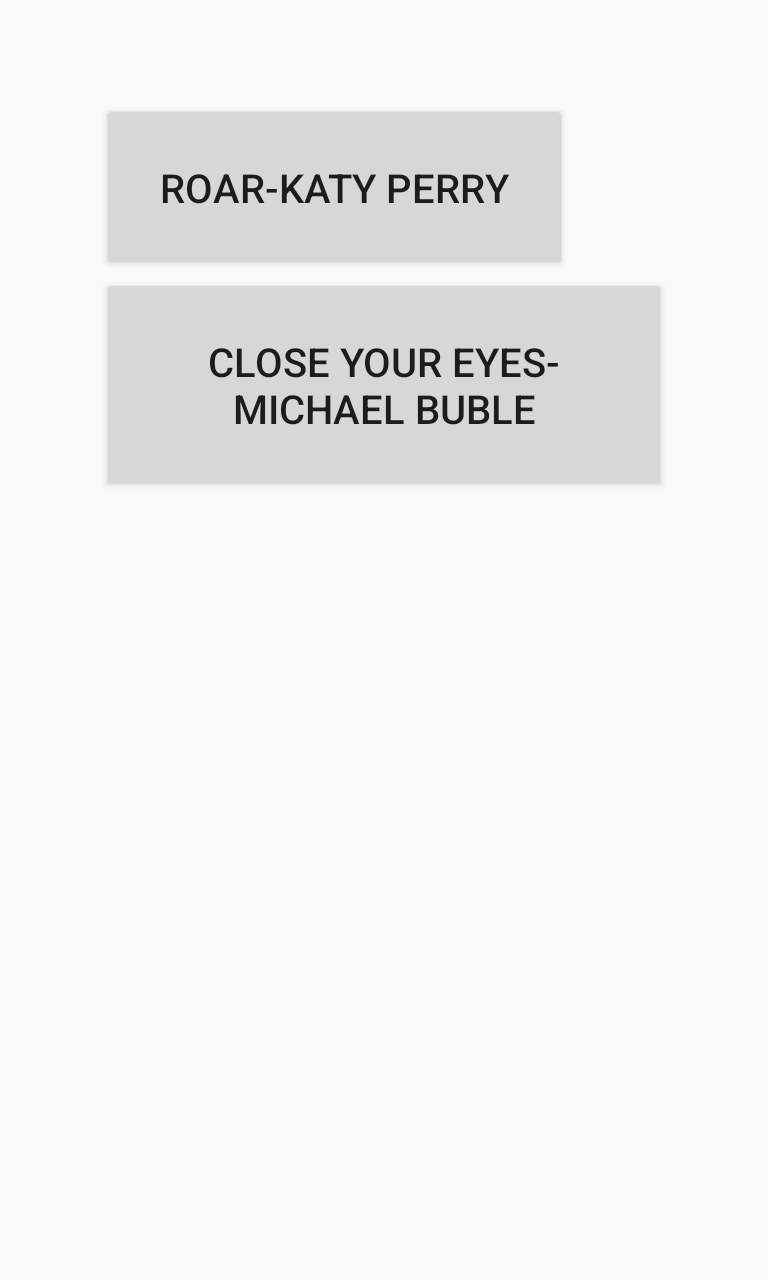
Repository: JoanneCaroll/AudioPlayer
Layout: AudioPlayer/res/layout/song_list.xml
The author's editor kept a copy of each file at every save. The layout is drawn from the files as they stood at one save, then again after the next save.
It is drawn on a 768 x 1280 px phone screen (xhdpi) without system bars, with theme AppTheme; the app's code is not run.

Above is the layout before, as saved 2014-10-29 03:26:27.

### AudioPlayer/res/layout/song_list.xml
<?xml version="1.0" encoding="utf-8"?>
<LinearLayout xmlns:android="http://schemas.android.com/apk/res/android"
    android:layout_width="match_parent"
    android:layout_height="match_parent"
    android:orientation="vertical"
    android:padding="50dp"
    android:layout_gravity="center">

    <Button
        android:id="@+id/song1"
        android:layout_width="wrap_content"
        android:layout_height="wrap_content"
        android:padding="30dp"
        android:text="@string/song1"
        android:textSize="20dp"/>

    <Button
        android:id="@+id/song2"
        android:layout_width="wrap_content"
        android:layout_height="wrap_content"
        android:padding="30dp"
        android:text="@string/song2"
        android:textSize="20dp"/>


</LinearLayout>

### AudioPlayer/res/values/strings.xml
<?xml version="1.0" encoding="utf-8"?>
<resources>

    <string name="app_name">AudioPlayer</string>
    <string name="play">Play</string>
    <string name="pause">Pause</string>
    <string name="stop">Stop</string>
    <string name="song1">Roar-Katy Perry</string>
    <string name="song2">Close your eyes- Michael Buble</string>
    <string name="action_settings">Settings</string>

</resources>

Loaded but not shown: AudioPlayer/res/values/styles.xml (common file); AudioPlayer/res/values-v11/styles.xml (common file); AudioPlayer/res/values-v14/styles.xml (common file)

After the next save:
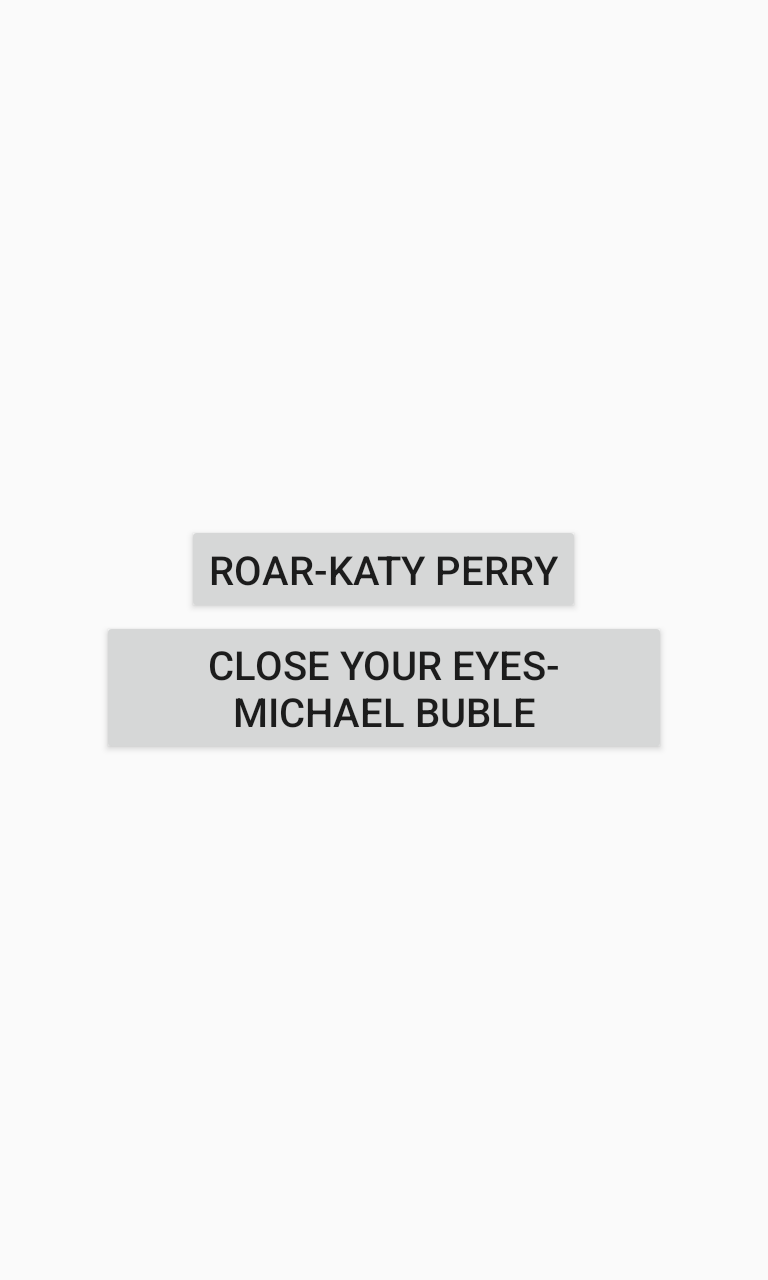
Saved 84 s later.
--- a/AudioPlayer/res/layout/song_list.xml
+++ b/AudioPlayer/res/layout/song_list.xml
@@ -4,13 +4,12 @@
     android:layout_height="match_parent"
     android:orientation="vertical"
     android:padding="50dp"
-    android:layout_gravity="center">
+    android:gravity="center">
 
     <Button
         android:id="@+id/song1"
         android:layout_width="wrap_content"
         android:layout_height="wrap_content"
-        android:padding="30dp"
         android:text="@string/song1"
         android:textSize="20dp"/>
 
@@ -18,7 +17,6 @@
         android:id="@+id/song2"
         android:layout_width="wrap_content"
         android:layout_height="wrap_content"
-        android:padding="30dp"
         android:text="@string/song2"
         android:textSize="20dp"/>
 
